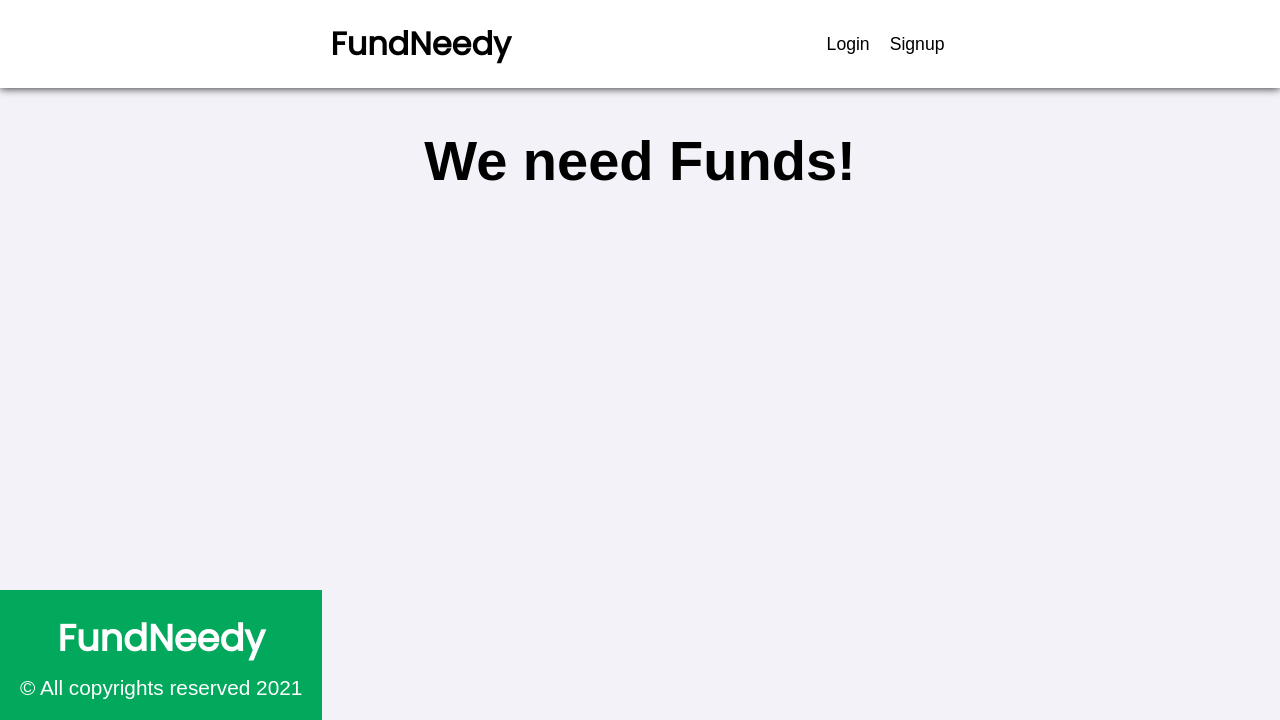
Repository: osdc/codejam
Page: /needies (app in sassy-sandwiches/fund-needy/)
These files come from the project's save history. The page is drawn as it stood at one moment and after the next save; the edit follows.
The browser window is 1280 px wide. The pictures show the whole page.
The project was rebuilt for these pictures with package versions that can differ from the ones it lists, and the page was loaded fresh each time. Also part of the build but not shown: sassy-sandwiches/fund-needy/src/Showcase.css, sassy-sandwiches/fund-needy/src/Showcase.js.

Above is the page before, as saved 2021-01-09 19:26:28.

### sassy-sandwiches/fund-needy/src/App.js
import React from "react";
import "./App.css";
import Navbar from "./Navbar";
import Showcase from "./Showcase";
import Needies from "./Needies";
import Footer from "./Footer";
import { BrowserRouter as Router, Route, Switch } from "react-router-dom";

function App() {
  return (
    <div className="App">
      <Router>
        <Navbar />
        <Switch>
          <Route exact path="/" component={Showcase} />
          <Route path="/needies" component={Needies} />
        </Switch>
        <Footer />
      </Router>
    </div>
  );
}

export default App;

### sassy-sandwiches/fund-needy/src/App.css
* {
  margin: 0;
  padding: 0;
  font-family: Arial, Helvetica, sans-serif;
}

body {
  background-color: #f3f2f8;
}

### sassy-sandwiches/fund-needy/src/Navbar.js
import React from "react";
import "./Navbar.css";

function Navbar() {
  return (
    <div className="navbar">
      <div className="navbar_logo">
        <h1>FundNeedy</h1>
      </div>
      <div className="navbar_login_signup">
        <button>Login</button>
        <button>Signup</button>
      </div>
    </div>
  );
}

export default Navbar;

### sassy-sandwiches/fund-needy/src/Needies.js
import React from "react";
import "./Needies.css";

function Needies() {
  return (
    <div className="needies">
      <div className="needies_headline">
        <h1>We need Funds!</h1>
      </div>
    </div>
  );
}

export default Needies;

### sassy-sandwiches/fund-needy/src/Footer.js
import React from "react";
import "./Footer.css";

function Footer() {
  return (
    <div className="footer">
      <h1>FundNeedy</h1>
      <p>© All copyrights reserved 2021</p>
    </div>
  );
}

export default Footer;

### sassy-sandwiches/fund-needy/src/Navbar.css
@import url("https://fonts.googleapis.com/css2?family=Poppins&display=swap");

.navbar {
  display: flex;
  align-items: center;
  justify-content: space-evenly;
  padding: 20px;
  -webkit-box-shadow: 0px 1px 8px 0px rgba(0, 0, 0, 0.75);
  -moz-box-shadow: 0px 1px 8px 0px rgba(0, 0, 0, 0.75);
  box-shadow: 0px 1px 8px 0px rgba(0, 0, 0, 0.75);
  background-color: #fff;
  /* position: sticky; */
  top: 0;
  z-index: 10000;
}

.navbar_logo > h1 {
  font-family: "Poppins", sans-serif;
}

.navbar_login_signup {
  display: flex;
  align-items: center;
  justify-content: space-between;
}

.navbar_login_signup > button:nth-of-type(1) {
  margin-right: 10px;
}

.navbar_login_signup > button {
  padding: 5px;
  font-size: 1.1rem;
  outline: none;
  border: none;
  background-color: #fff;
  cursor: pointer;
  width: 100%;
}

### sassy-sandwiches/fund-needy/src/Needies.css
.needies_headline > h1 {
  font-size: 3.5rem;
  text-align: center;
  margin-top: 20px;
  padding: 20px;
}

### sassy-sandwiches/fund-needy/src/Footer.css
.footer {
  text-align: center;
  background-color: #02a95c;
  color: #fff;
  padding: 20px;
  position: absolute;
  bottom: 0;
  width: auto;
}

.footer > h1 {
  font-size: 2.3rem;
  font-family: "Poppins";
}

.footer > p {
  font-size: 1.3rem;
  font-weight: 400;
  margin-top: 10px;
}

Loaded but not shown: sassy-sandwiches/fund-needy/public/index.html (common file); sassy-sandwiches/fund-needy/src/index.js (common file); sassy-sandwiches/fund-needy/src/index.css (common file)

After the next save:
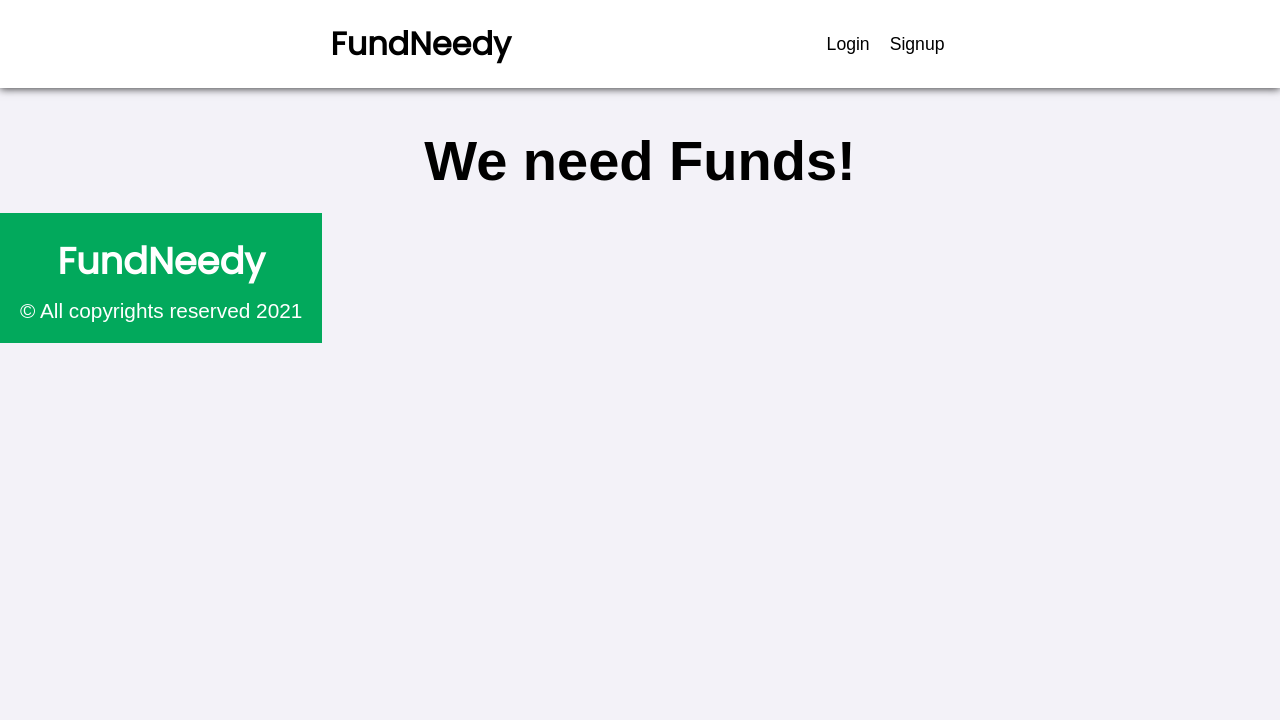
Saved 9 s later.
--- a/sassy-sandwiches/fund-needy/src/Footer.css
+++ b/sassy-sandwiches/fund-needy/src/Footer.css
@@ -4,8 +4,8 @@
   color: #fff;
   padding: 20px;
   position: absolute;
-  bottom: 0;
-  width: auto;
+
+  width: ;
 }
 
 .footer > h1 {
